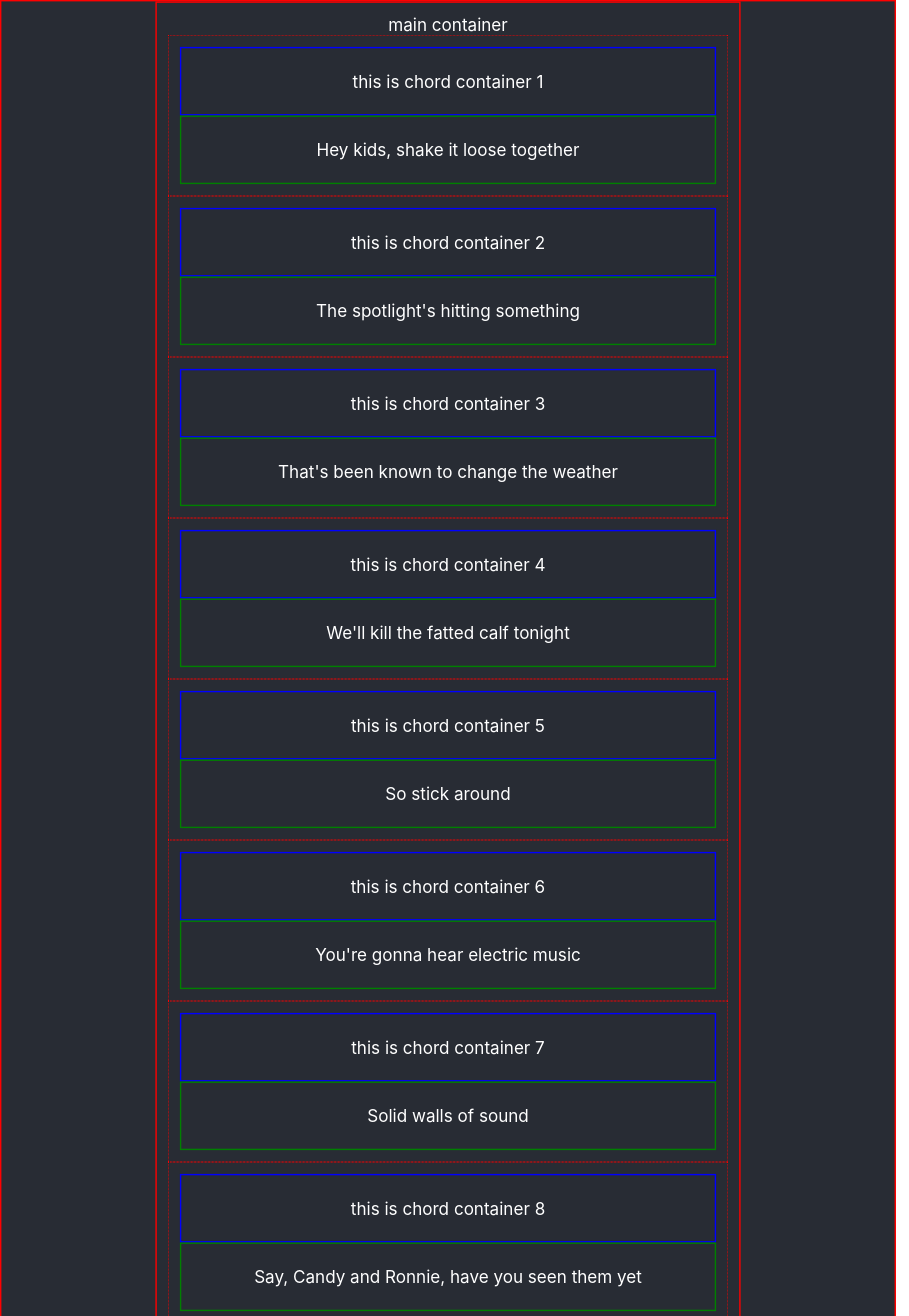
Repository: mattnoth/easy-nash-tab
Page: /
An editor plug-in stored every save of this project. The page is shown before and after the next save, followed by the edit.
The browser window is 1280 px wide. The page is 1280 px wide, then 1298 px, so the pictures cover 1298 px, including what lies to the right of the window. The pictures show the part of the page from y = 0 to 1880 px (the page is 10190 px tall), at 70% of full size.
The project was rebuilt for these pictures with package versions that can differ from the ones it lists, and the page was loaded fresh each time.

Above is the page before, as saved 2022-08-07 14:20:43.

After the next save:
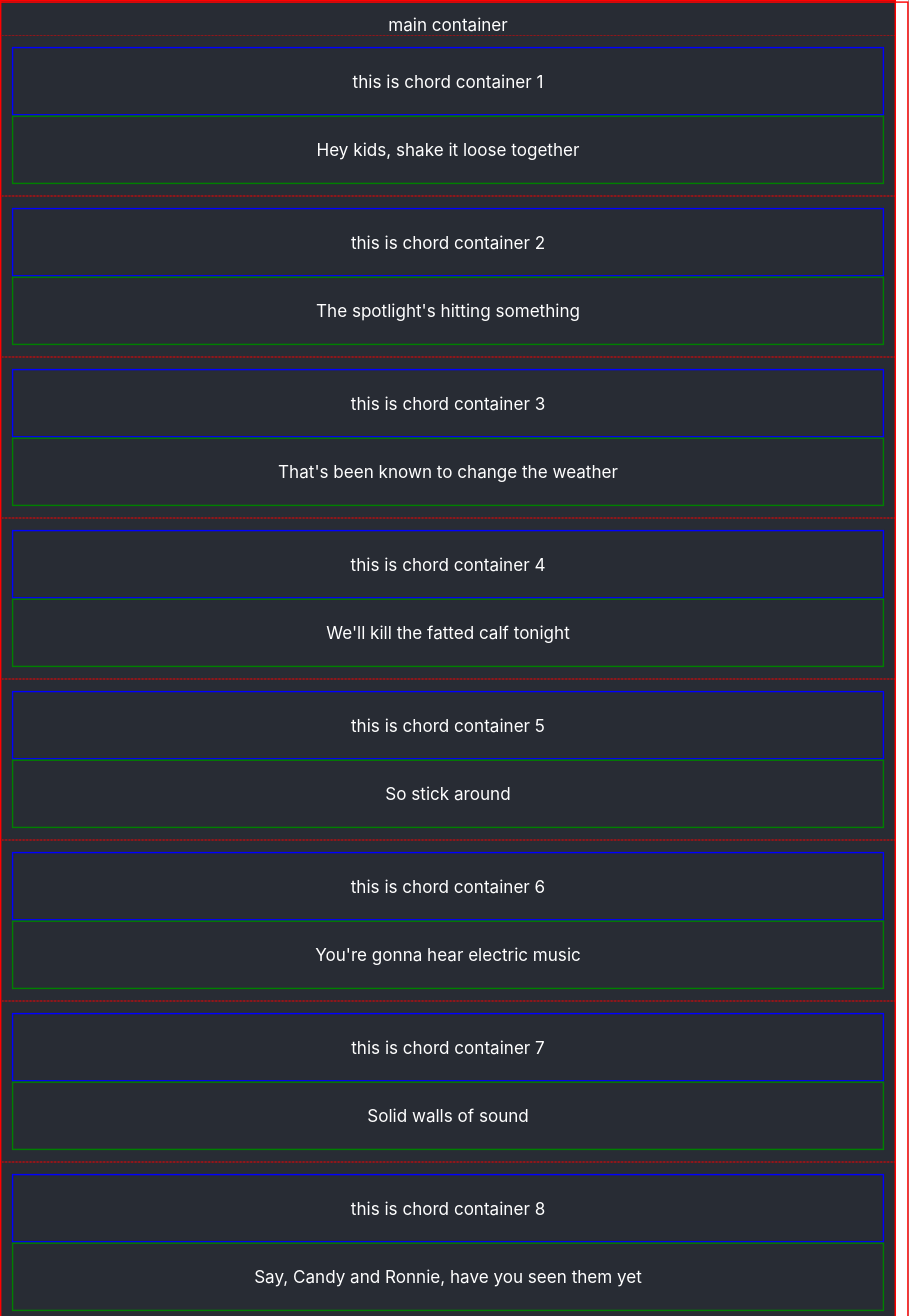
Saved 35 s later.
--- a/src/components/MainContainers/mainContainerStyles.css
+++ b/src/components/MainContainers/mainContainerStyles.css
@@ -3,6 +3,7 @@
     display: flex;
     flex-direction: column;
     border: 2px solid red;
+    min-width: 100vw;
 }
 
 .oneLine {
